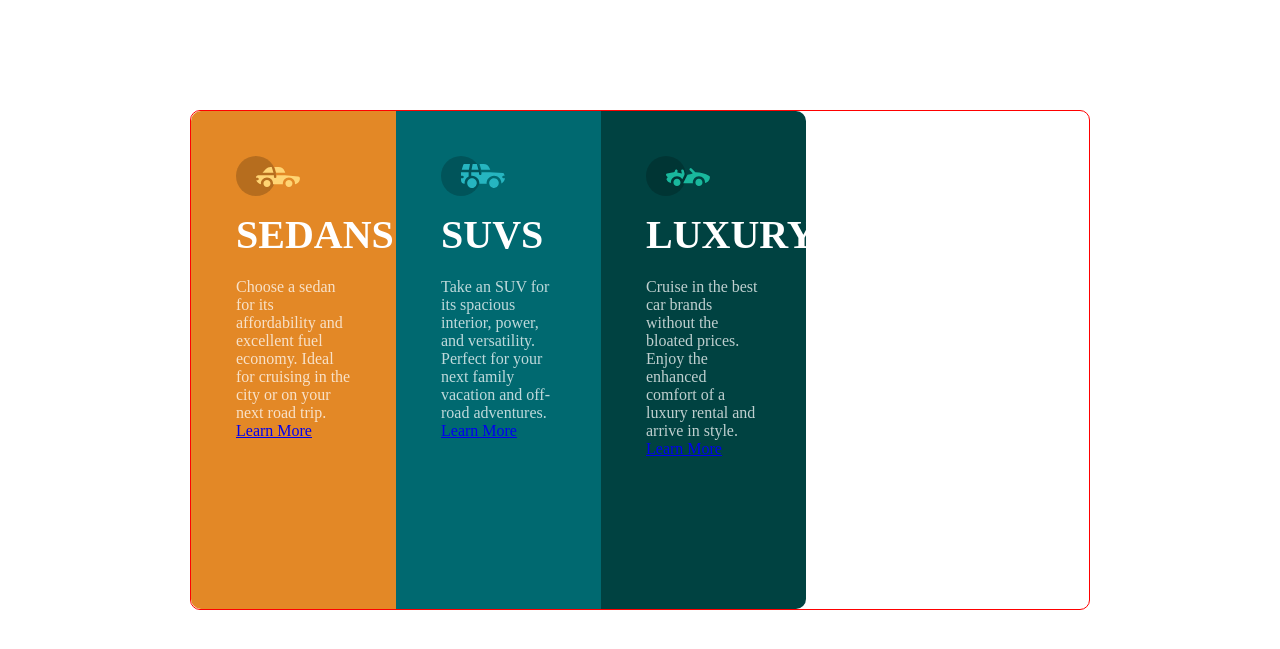
Repository: KamoliddinGIT/column-preview-card
Page: index.html
The author's editor kept a copy of each file at every save. The page is drawn from the files as they stood at one save, then again after the next save.
The browser window is 1280 px wide. The pictures show the whole page.

Above is the page before, as saved 2023-09-15 16:33:41.

### index.html
<!DOCTYPE html>
<html lang="en">
  <head>
    <meta charset="UTF-8" />
    <meta name="viewport" content="width=device-width, initial-scale=1.0" />
    <link
      rel="icon"
      type="image/png"
      sizes="32x32"
      href="./images/favicon-32x32.png"
    />
    <link rel="stylesheet" href="./css/style.css" />
    <title>3-column preview card component</title>
  </head>
  <body>
    <div class="container">
      <div class="card card__1">
        <img src="./images/icon-sedans.svg" alt="sedans" />
        <h1>SEDANS</h1>
        <p>
          Choose a sedan for its affordability and excellent fuel economy. Ideal
          for cruising in the city or on your next road trip.
        </p>
        <a href="#">Learn More</a>
      </div>
      <div class="card card__2">
        <img src="./images/icon-suvs.svg" alt="suvs" />
        <h1>SUVS</h1>
        <p>
          Take an SUV for its spacious interior, power, and versatility. Perfect
          for your next family vacation and off-road adventures.
        </p>
        <a href="#">Learn More</a>
      </div>
      <div class="card card__3">
        <img src="./images/icon-luxury.svg" alt="icon-luxury" />
        <h1>LUXURY</h1>
        <p>
          Cruise in the best car brands without the bloated prices. Enjoy the
          enhanced comfort of a luxury rental and arrive in style.
        </p>
        <a href="#">Learn More</a>
      </div>
    </div>
  </body>
</html>

### css/style.css
* {
  margin: 0;
  padding: 0;
  box-sizing: border-box;
}

body {
  display: flex;
  justify-content: center;
  align-items: center;
  width: 100%;
  height: 100vh;
}

.container {
  display: flex;
  flex-direction: row;
  border-radius: 10px;
  width: 900px;
  height: 500px;
  color: hsla(0, 0%, 100%, 0.75);
  border: 1px solid red;
}

.card__1 {
  width: 205px;
  height: 100%;
  background-color: hsl(31, 77%, 52%);
  border-top-left-radius: 10px;
  border-bottom-left-radius: 10px;
  padding: 45px;
}

.card__2 {
  width: 205px;
  height: 100%;
  background-color: hsl(184, 100%, 22%);
  padding: 45px;
}

.card__3 {
  width: 205px;
  height: 100%;
  background-color: hsl(179, 100%, 13%);
  border-top-right-radius: 10px;
  border-bottom-right-radius: 10px;
  padding: 45px;
}

.card {
  padding: 45px;
  display: flex;
  flex-direction: column;
}

.card h1 {
  color: #fff;
  text-transform: uppercase;
  margin-top: 15px;
  margin-bottom: 20px;
  font-size: 40px;
}

.card img {
  width: 64px;
  height: 40px;
}

After the next save:
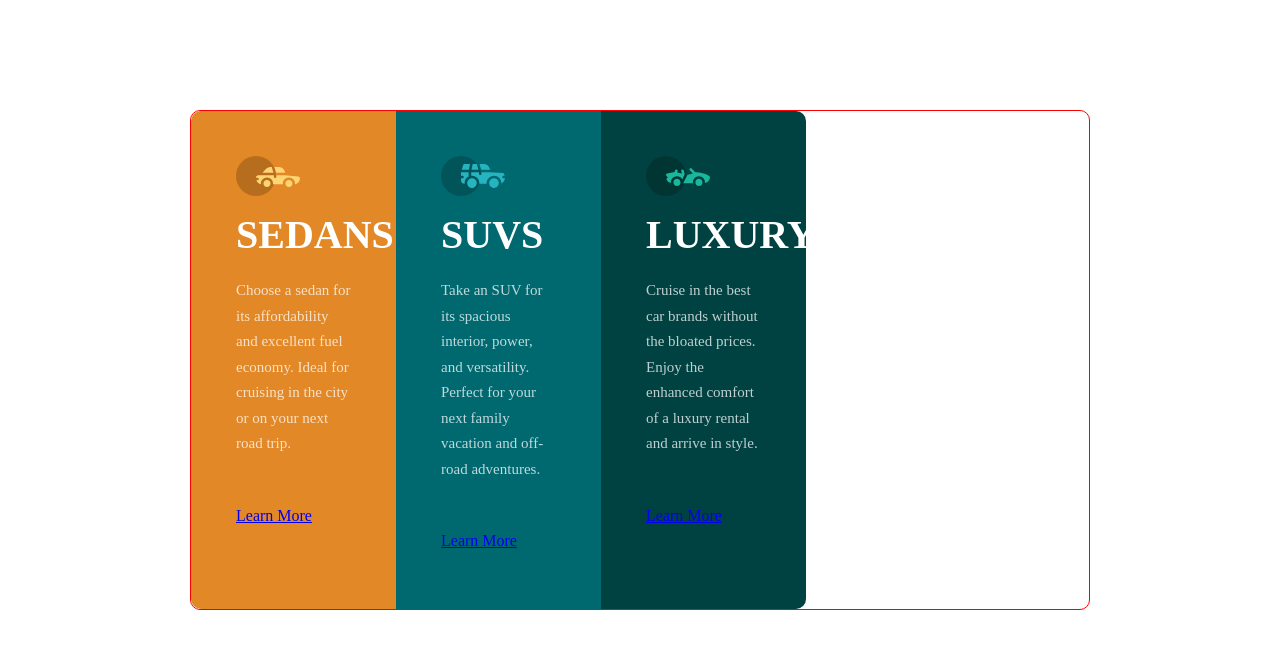
Saved 25 s later.
--- a/css/style.css
+++ b/css/style.css
@@ -65,3 +65,9 @@
   width: 64px;
   height: 40px;
 }
+
+.card p {
+  margin: 0 0 50px;
+  font-size: 15px;
+  line-height: 1.7;
+}
